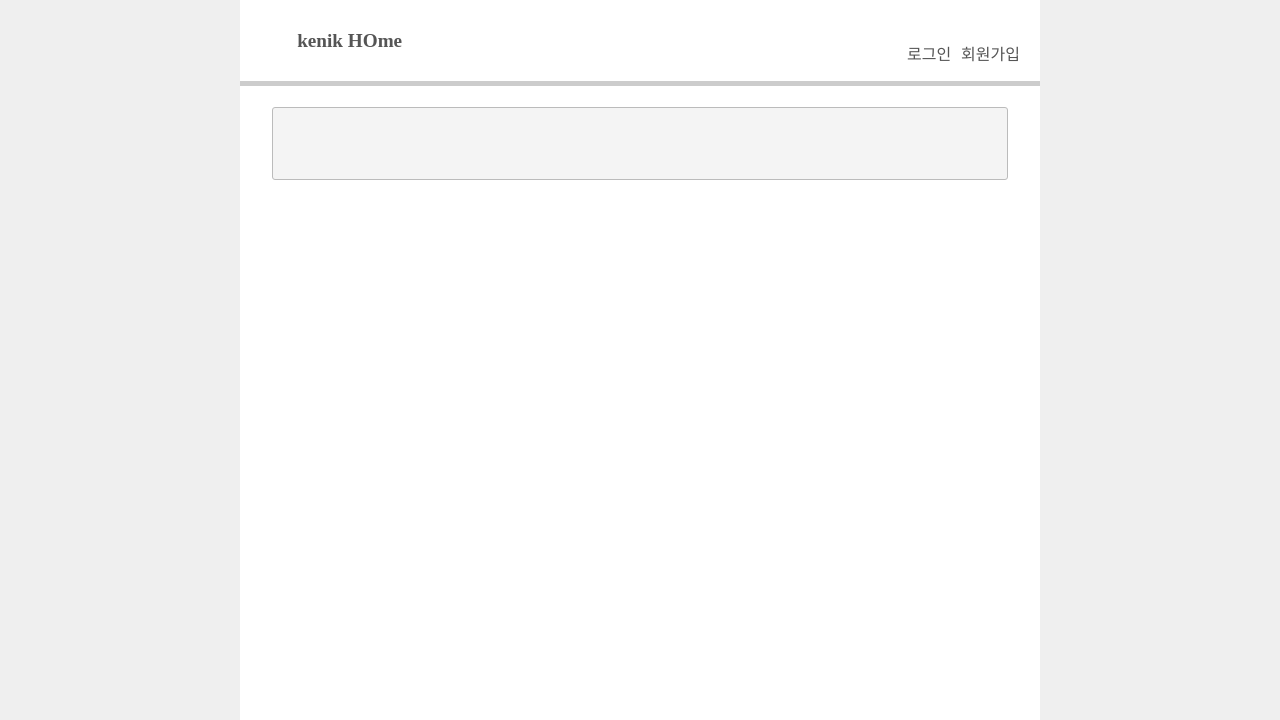
Repository: Seeker2250/JspTest
Page: http://localhost/jspPro/days01/ex02.jsp
An editor plug-in stored every save of this project. The page is shown before and after the next save, followed by the edit.
The browser window is 1280 px wide. The pictures show the whole page.
Some web fonts or font styles are not loaded; a fallback is used. The page is served by Tomcat 9. Other server files are loaded and not shown.

Above is the page before, as saved 2024-10-15 03:12:57.

### jspPro/src/main/webapp/days01/ex02.jsp
<%@ page language="java" contentType="text/html; charset=UTF-8"
    pageEncoding="UTF-8"%>
<!DOCTYPE html>
<html>
<head>
<meta charset="UTF-8">
<title>Insert title here</title>
<link rel="shortcut icon" type="image/x-icon" href="http://localhost/jspPro/images/SiSt.ico">
<script src="https://ajax.googleapis.com/ajax/libs/jquery/3.7.1/jquery.min.js"></script>
<meta name="viewport" content="width=device-width, initial-scale=1.0">
<link rel="stylesheet" href="http://localhost/jspPro/resources/cdn-main/example.css">
<script src="http://localhost/jspPro/resources/cdn-main/example.js"></script>
<style>
 span.material-symbols-outlined{
    vertical-align: text-bottom;
 }
</style>
</head>
<body>
<header>
  <h1 class="main"><a href="#" style="position: absolute;top:30px;">kenik HOme</a></h1>
  <ul>
    <li><a href="#">로그인</a></li>
    <li><a href="#">회원가입</a></li>
  </ul>
</header>
<div>
 <xmp class="code">

  </xmp>
</div>
</body>
</html>

### jspPro/src/main/webapp/resources/cdn-main/example.css
@charset "UTF-8";

@import url('https://fonts.googleapis.com/css2?family=Material+Symbols+Outlined:opsz,wght,FILL,GRAD@20..48,100..700,0..1,-50..200');

@font-face {
    font-family: 'GmarketSansMedium';
    src: url('https://cdn.jsdelivr.net/gh/projectnoonnu/noonfonts_2001@1.1/GmarketSansMedium.woff') format('woff');
    font-weight: normal;
    font-style: normal;
}

:root {
	--text-color: #555;
	--sub-text-color: #777;
	--back-color: #EFEFEF;
	--header-color: #444;
	--primary-color: #DEDEDE;
	--secondary-color: #EFEFEF;
	--default-width: 800px;
	--narrow-width: 500px;
	--wide-width: 1200px;
	--text-font: 'GmarketSansMedium';
	--icon-font: 'Material Symbols Outlined';
	--border-color: #CCC;
}

html, body {
	margin: 0;
	padding: 0;
}

html {
	background-color: var(--back-color);
	display: flex;
	justify-content: center;
	min-height: 100vh;
}

body, body.default {
	width: var(--default-width);
	background-color: white;
	padding-bottom: 120px;
}

body.wide {
	width: var(--wide-width);
}

body.narrow {
	width: var(--narrow-width);
}



body, p, div, span, a, input, select, option, textarea, button, table, th, td, label, fieldset, legend {
	font-family: var(--text-font);
	color: var(--text-color);
}

h1, h2, h3 {
	font-family: var(--text-font);
	color: var(--header-color);
	padding: 0 1rem;
	padding-top: .5rem;
}

div > h1, div > h2, div > h3 {
	padding: 0;
}

body > div, body > main > div {
	padding: 0.3rem 1rem;
}


h1 { font-size: 2rem; border-bottom: 1px solid var(--border-color); }
h1 small { font-size: 1.2rem; color: var(--sub-text-color); }
h2 { font-size: 1.5rem; border-bottom: 1px dashed var(--border-color); }
h2 small { font-size: 1.1rem; color: --sub-text-color; }
h3 { font-size: 1.2rem; }
h3 small { font-size: 1rem; color: --sub-text-color; }



h1.main::before {
	font-family: var(--icon-font);
  	content: '\e666';
  	margin-right: 10px;
  	float: left;
	font-size: 2.5rem;
}

h1.sub::before {
	font-family: var(--icon-font);
  	content: '\ea19';
  	margin-right: 10px;
  	float: left;
	font-size: 2.5rem;
}


h1.page::before {
	font-family: var(--icon-font);
  	content: '\e0e0';
  	margin-right: 10px;
  	float: left;
	font-size: 2.5rem;
}

body > header > ul > li > .active{
	background-color: #FFF;
	color:#F00;
}

body > header {
	display: flex;
	justify-content: space-between;
	border-bottom: 5px solid var(--border-color);
	min-height: 74px;
	background-color: #FFF;
}

body > header.sticky {
	position: sticky;
	top: 0;
	z-index: 98;
}

body > header > h1 {
	font-size: 1.2rem;
	border: 0;
}

body > header.in > h1::before {
	font-family: var(--icon-font);
  	content: '\e332‥';
  	margin-right: 3px;
  	float: left;
	font-size: 2rem;
}


body > header > ul {
	list-style-type: none;
	display: flex;
	align-items: flex-end;
	margin-right: 10px;
}

body > header > ul > li {
	margin-right: 10px;
	cursor: pointer;
}

body > header > ul > li > a {
	cursor: pointer;
}


form {
	display: block;
}

form > div {
	padding: 0.3rem 1rem;
}

div > form > div {
	padding: 0.3rem 0;
}

input, textarea, button, select {
	border: 1px solid #BBB;
	border-radius: 3px;
	outline: none;
	resize: none;
	padding: 7px;
	margin: 0;
}

input[type=text]:read-only, textarea:read-only {
	cursor: not-allowed;
	background-color: #FFF;
}

input[type=text]:disabled, textarea:disabled {
	cursor: not-allowed;
	background-color: #EEE;
}

input[type=text], input[type=password], textarea, button, select {
	/* width: 300px; */
}

textarea {
	display: block;
	height: 100px;
}

input[type=button], input[type=submit], button {
	/* width: inherit; */
}

input.short, textarea.short, button.short, select.short {
	width: 100px;
}

input.long, textarea.long, button.long, select.long {
	width: 350px;
}

.narrow input.long, .narrow textarea.long, .narrow button.long, .narrow select.long {
	width: calc(100% - 20px);
}

input.full, textarea.full, button.full, select.full {
	width: calc(100% - 20px);
}

textarea.short {
	height: 50px;
}

textarea.long {
	height: 100px;
}

textarea.full {
	height: 200px;
}

input, textarea {
	padding-top: 8px;
}

input[type=button], input[type=submit], button {
	padding: 5px 10px;
	background-color: var(--secondary-color);
	cursor: pointer;
	min-height: 36px;
}

input[type=button].primary, input[type=submit].primary, button.primary {
	/* background-color: rgba(100, 149, 237, .2); */
	background-color: var(--primary-color);
}

input[type=button].primary:hover, input[type=submit].primary:hover, button.primary:hover {
	/* background-color: rgba(100, 149, 237, .3); */
	background-color: var(--secondary-color);
}

input[type=button]:hover, input[type=submit]:hover, button:hover {
	background-color: var(--primary-color);
}

button {
	position: relative;
	left: 0;
	top: 0;
	padding-left: 35px;
}

button .material-symbols-outlined {
	position: absolute;
	left: 10px;
	top: 4px;
}

/* k2nik add */
button.login::before {
	font-family: var(--icon-font);
  	content: '\ea77';
	position: absolute;
	left: 11px;
	top: 4px;
	font-size: 1.25rem;
}

/* k2nik logout */
button.logout::before {
	font-family: var(--icon-font);
  	content: '\e9ba';
	position: absolute;
	left: 11px;
	top: 4px;
	font-size: 1.25rem;
}

/* k2nik help */
button.help::before {
	font-family: var(--icon-font);
  	content: '\f1c0';
	position: absolute;
	left: 11px;
	top: 4px;
	font-size: 1.25rem;
}

button.add::before{
	font-family: var(--icon-font);
  	content: '\e746';
	position: absolute;
	left: 11px;
	top: 4px;
	font-size: 1.25rem;
}

button.back::before {
	font-family: var(--icon-font);
  	content: '\e166';
	position: absolute;
	left: 11px;
	top: 4px;
	font-size: 1.25rem;
}

button.list::before {
	font-family: var(--icon-font);
  	content: '\e0ee';
	position: absolute;
	left: 11px;
	top: 4px;
	font-size: 1.25rem;
}


button.del::before {
	font-family: var(--icon-font);
  	content: '\e872';
	position: absolute;
	left: 11px;
	top: 4px;
	font-size: 1.25rem;
}


button.edit::before {
	font-family: var(--icon-font);
  	content: '\e745';
	position: absolute;
	left: 11px;
	top: 4px;
	font-size: 1.25rem;
}


button.login::before {
	font-family: var(--icon-font);
  	content: '\ea77';
	position: absolute;
	left: 11px;
	top: 4px;
	font-size: 1.25rem;
}


button.logout::before {
	font-family: var(--icon-font);
  	content: '\e9ba';
	position: absolute;
	left: 11px;
	top: 4px;
	font-size: 1.25rem;
}


button.in::before {
	font-family: var(--icon-font);
  	content: '\f71a';
	position: absolute;
	left: 11px;
	top: 4px;
	font-size: 1.25rem;
}


button.out::before {
	font-family: var(--icon-font);
  	content: '\f70e';
	position: absolute;
	left: 11px;
	top: 4px;
	font-size: 1.25rem;
}


button.reply::before {
	font-family: var(--icon-font);
  	content: '\e15e';
	position: absolute;
	left: 11px;
	top: 4px;
	font-size: 1.25rem;
}


button.comment::before {
	font-family: var(--icon-font);
  	content: '\e0b9';
	position: absolute;
	left: 11px;
	top: 4px;
	font-size: 1.25rem;
}


button.modal::before {
	font-family: var(--icon-font);
  	content: '\e89e';
	position: absolute;
	left: 11px;
	top: 4px;
	font-size: 1.25rem;
}


button.ok::before {
	font-family: var(--icon-font);
  	content: '\e86c';
	position: absolute;
	left: 11px;
	top: 4px;
	font-size: 1.25rem;
}


button.cancel::before {
	font-family: var(--icon-font);
  	content: '\e5c9';
	position: absolute;
	left: 11px;
	top: 4px;
	font-size: 1.25rem;
}

button.search::before {
	font-family: var(--icon-font);
  	content: '\e8b6';
	position: absolute;
	left: 11px;
	top: 4px;
	font-size: 1.25rem;
}

button.home::before {
	font-family: var(--icon-font);
  	content: '\e88a';
	position: absolute;
	left: 11px;
	top: 4px;
	font-size: 1.25rem;
}


button.sidebar::before {
	font-family: var(--icon-font);
  	content: '\f7e4';
	position: absolute;
	left: 11px;
	top: 4px;
	font-size: 1.25rem;
}


button.sidebar-right::before {
	font-family: var(--icon-font);
  	content: '\f7e5';
	position: absolute;
	left: 11px;
	top: 4px;
	font-size: 1.25rem;
}




button::before {
	font-family: var(--icon-font);
  	content: '\e323';
	position: absolute;
	left: 11px;
	top: 4px;
	font-size: 1.25rem;
}


table {
	border-collapse: collapse;
	margin: 1rem;
	box-sizing: border-box;
	width: calc(100% - 32px);
}

table.content {
	width: auto;
}

div > table {
	margin: 0;
}

table th, table td {
	border: 1px solid var(--border-color);
	padding: 7px;
	font-weight: normal;
}

table th {
	background-color: var(--back-color);
}

table.vertical th {
	width: 150px;
}

table.vertical td {
	width: calc(100% - 182px);
	padding-left: 10px;
}

table.content td, table.content th {
	width: auto;
}

body.narrow table.vertical th {
	width: 100px;
}

body.narrow table.vertical td {
	width: calc(100% - 182px);
}


table + table {
	margin-top: 30px;
}


p {
	padding: 0 1rem;
}

a {
	text-decoration: none;
}

a:hover {
	color: rgba(255, 99, 71, .7);
}

hr {
	border: 0;
	border-top: 1px solid var(--border-color);
	margin: 2rem 0;
}

.message {
	border: 1px solid var(--border-color);
	background-color: #EFEFEF;
	margin: 1rem;
	width: auto;
	padding-top: 10px;
	padding-bottom: 10px;
	font-size: 14px;
}

.message[title]::before {
	content: attr(title);
	display: block;
	border-bottom: 1px solid var(--border-color);
	padding-bottom: 5px;
	margin-bottom: 10px;
	margin-top: 7px;
}

.message.short {
	max-width: 250px;
}

.message.long {
	max-width: 500px;
}

.badge {
	float: right;
	font-size: .8rem;
	margin-top: 2px;
	margin-right: 2px;
	text-shadow: 0 0 7px gray;
}

.badge.left {
	float: none;
	margin-left: 2px;
}

.badge.right {
	float: right;
}

.badge.red {
	border-radius: 50%;
	padding: 2px 5px;
	background-color: rgb(255, 99, 71, .3);
}

.badge.yellow {

	border-radius: 50%;
	padding: 2px 5px;
	background-color: rgb(255, 215, 0, .5);
}

.badge.blue {
	border-radius: 50%;
	padding: 2px 5px;
	background-color: rgb(100, 149, 237, .3);
}

label + label {
	margin-left: 7px;
}

label input[type=checkbox], label input[type=radio] {
	transform: translate(0, 1px);
}

.group {
	display: flex;
}

.modal-content .group {
	margin-bottom: .5rem;
}

.group label {
	border: 1px solid #BBB;
	border-radius: 3px;
	outline: none;
	resize: none;
	padding: 7px 14px;
	margin: 0;
	border-top-right-radius: 0;
	border-bottom-right-radius: 0;
	background-color: #EFEFEF;
	white-space: nowrap;
	font-size: 14px;
}

.group input[type=text] {
	margin-left: -1px;
	border-top-left-radius: 0;
	border-bottom-left-radius: 0;
}

.group select {
	margin-left: -1px;
	border-top-left-radius: 0;
	border-bottom-left-radius: 0;
}

.group input.full[type=text] {
	margin-left: -1px;
	border-top-left-radius: 0;
	border-bottom-left-radius: 0;
	width: 100%;
}

.group input[type=button]:first-child, .group button:first-child {
	border-top-left-radius: 3px;
	border-bottom-left-radius: 3px;
	margin-left: 0px;
}

.group input[type=button], .group button {
	border-radius: 0;
	margin-left: -1px;
}

.group input[type=button]:last-child, .group button:last-child {
	margin-left: -1px;
	border-top-right-radius: 3px;
	border-bottom-right-radius: 3px;
}

.seperate {
	display: flex;
	justify-content: space-between;
}

div.list {
	width: max-content;
	margin: 1rem;
	border: 1px solid #BBB;
	border-radius: 3px;
	padding: 0;
}

div.list.full {
	width: auto;
	display: block;
	margin: 1rem;
	border: 1px solid #BBB;
	border-radius: 3px;
	padding: 0;
}

div.list > div {
	padding: .5rem 1rem;
	margin: 0;
	border-bottom: 1px solid #BBB;
}

div.list > div:last-child {
	border-bottom: 0;
}

pre.code , xmp.code{
	font-family: consols;
	background-color: rgba(150, 150, 150, .1);
	border: 1px solid #BBB;
	border-radius: 3px;
	padding: .5rem 1rem;
	padding-bottom: .6rem;
	margin: 1rem;
}




*[data-modal-window] {
	position: fixed;
	background-color: rgba(0, 0, 0, .3);
	left: 0;
	top: 0;
	display: none;
	justify-content: center;
	align-items: flex-start;
	width: 100%;
	min-height: 100vh;
	z-index: 100;
	opacity: 0;
	transition: 500ms all;
}

*[data-modal-window] .modal-container {
	border-radius: 5px;
	padding: 1rem;
	padding-bottom: .5rem;
	margin-top: -500px;
	opacity: 0;
	width: 500px;
	background-color: #FFF;
	margin-right: 2rem;
	transition: 500ms all;
}

*[data-modal-size=content] .modal-container {
	width: auto;
}

*[data-modal-size=narrow] .modal-container {
	width: 300px;
}

*[data-modal-size=wide] .modal-container {
	width: 760px;
}


*[data-modal-window] .modal-header {
	border-bottom: 1px solid var(--border-color);
	padding: 2px 5px;
}

*[data-modal-window] .modal-content {
	padding: 1rem 5px;
}

*[data-modal-window] .modal-content div:last-child {
	margin-top: 1rem;
	text-align: right;
}



*[data-sidebar-window] {
	position: fixed;
	background-color: #FFF;
	left: 0;
	top: 0;
	display: block;
	width: 300px;
	border-right: 1px solid var(--border-color);
	box-sizing: border-box;
	box-shadow: 0 0 3px var(--back-color);
	min-height: 100vh;
	z-index: 99;
	transform: translate(-300px, 0);
	transition-duration: 500ms;
	transition-property: transform;
}

*[data-sidebar-direction=right] {
	left: auto;
	right: 0;
	transform: translate(300px, 0);
	border-left: 1px solid var(--border-color);
}

*[data-sidebar-size=wide] {
	width: 500px;
	transform: translate(-500px, 0);
}

*[data-sidebar-window] .sidebar-title {
	border-bottom: 1px solid var(--border-color);
	margin-top: 20px;
	margin-bottom: 20px;
	padding-bottom: 5px;
	display: flex;
	justify-content: space-between;
}

*[data-sidebar-window] .sidebar-title span:last-child {
	cursor: pointer;
}


/* K2Nik pagination */
.center {
  text-align: center;
}

.pagination {
  display: inline-block;
}

.pagination a {
  color: black;
  float: left;
  padding: 3px 6px;
  text-decoration: none;
  transition: background-color .3s;
  border: 1px solid #ddd;
  margin: 0 3px;
}

.pagination a.active {
  background-color: #4CAF50;
  color: white;
  border: 1px solid #4CAF50;
}

.pagination a:hover:not(.active) {background-color: #ddd;}

### jspPro/src/main/webapp/resources/cdn-main/example.js

window.onload = () => {

    const list = document.querySelectorAll('input, textarea');

    list.forEach(item => {
        item.setAttribute('autocomplete', 'off');
    });


    const modal_btn_list = document.querySelectorAll('*[data-modal-button]');

    modal_btn_list.forEach(item => {
        item.onclick = function() {

            const name = this.dataset['modalButton'];
            const modal_window = document.querySelector('*[data-modal-window=' + name);

            const container = document.createElement('div');
            container.className = 'modal-container';



            const modal_header = document.createElement('div');
            modal_header.textContent = modal_window.dataset['modalTitle'];
            modal_header.className = 'modal-header';
            container.appendChild(modal_header);

            const modal_content = document.createElement('div');
            modal_content.className = 'modal-content';
            container.appendChild(modal_content);

            Array.from(modal_window.childNodes).forEach(item => {
                modal_content.appendChild(item);
            });

            modal_window.appendChild(container);

            modal_window.style.display = 'flex';

            setTimeout(() => {
                modal_window.style.opacity = 1;
                container.style.marginTop = '20px';
                container.style.opacity = 1;
            }, 50);


            const modal_ok = document.querySelector('*[data-modal-ok=' + name);
            modal_ok.addEventListener('click', function() {
                modal_window.style.opacity = 0;
                container.style.marginTop = '-500px';
                container.style.opacity = 0;

                setTimeout(() => {
                    modal_window.innerHTML = modal_content.innerHTML;
                    modal_window.style.display = 'none';
                }, 500);

            });

            const modal_cancel = document.querySelector('*[data-modal-cancel=' + name);
            modal_cancel.addEventListener('click', function() {

                modal_window.style.opacity = 0;
                container.style.marginTop = '-500px';
                container.style.opacity = 0;

                setTimeout(() => {
                    modal_window.innerHTML = modal_content.innerHTML;
                    modal_window.style.display = 'none';
                }, 500);
            });


        };
    });


    const sidebar_btn_list = document.querySelectorAll('*[data-sidebar-button]');

    sidebar_btn_list.forEach(item => {
        item.onclick = function() {



            const name = this.dataset['sidebarButton'];
            const sidebar_window = document.querySelector('*[data-sidebar-window=' + name);

            if (sidebar_window.style.transform == 'translate(0px, 0px)') return;



            sidebar_window.style.transform = 'translate(0, 0)';

            const sidebar_title = document.createElement('div');
            sidebar_title.className = 'sidebar-title';
            sidebar_title.innerHTML = '<span>' + sidebar_window.dataset['sidebarTitle'] + '</span><span class="material-symbols-outlined">close</span>';

            sidebar_title.children[1].onclick = function() {

                let sign = 1;
                let distance = 300;

                if (sidebar_window.dataset['sidebarDirection'] != 'right') {
                    sign = -1;
                } else {
                    sign = 1;
                }

                if (sidebar_window.dataset['sidebarSize'] != 'wide') {
                    distance = 300;
                } else {
                    distance = 500;
                }

                distance *= sign;

                sidebar_window.style.transform = 'translate(' + distance + 'px, 0)';

                setTimeout(function() {
                    sidebar_window.removeChild(sidebar_window.children[0]);
                }, 500);
            };


            sidebar_window.prepend(sidebar_title);

        }
    });

};

// window.onkeydown = function(event) {

//     if (event.keyCode == 27) {
//         if (document.querySelector('[data-modal-window').style.display == 'flex') {
//             document.querySelector('[data-modal-window').style.display = 'none';
//         }
//     }

// };

After the next save:
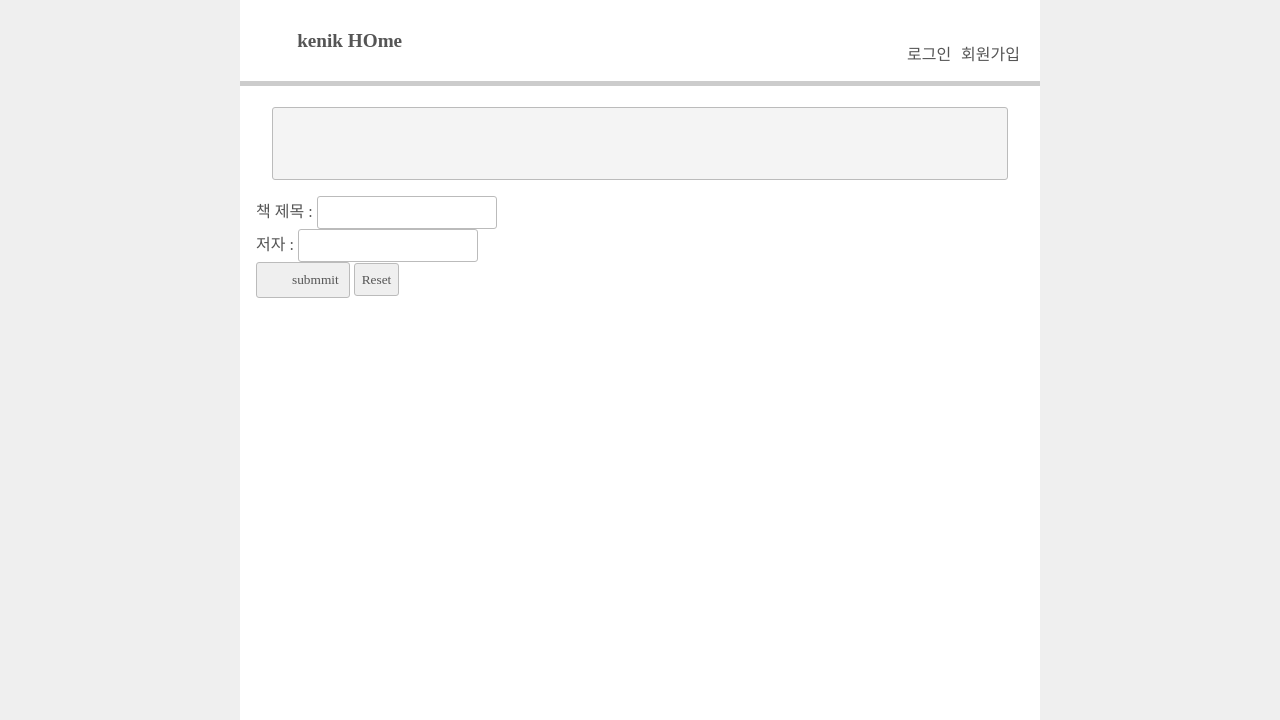
Saved 2 min 38 s later.
--- a/jspPro/src/main/webapp/days01/ex02.jsp
+++ b/jspPro/src/main/webapp/days01/ex02.jsp
@@ -28,6 +28,14 @@
  <xmp class="code">
 
   </xmp>
+
+  <form action="">
+  	책 제목 : <input type="text" id="title" name="title" autofocus><br>
+  	저자 : <input type="text" id="author"><br>
+  	<button type="button">submmit</button>
+  	<input type="reset">
+
+  </form>
 </div>
 </body>
 </html>
